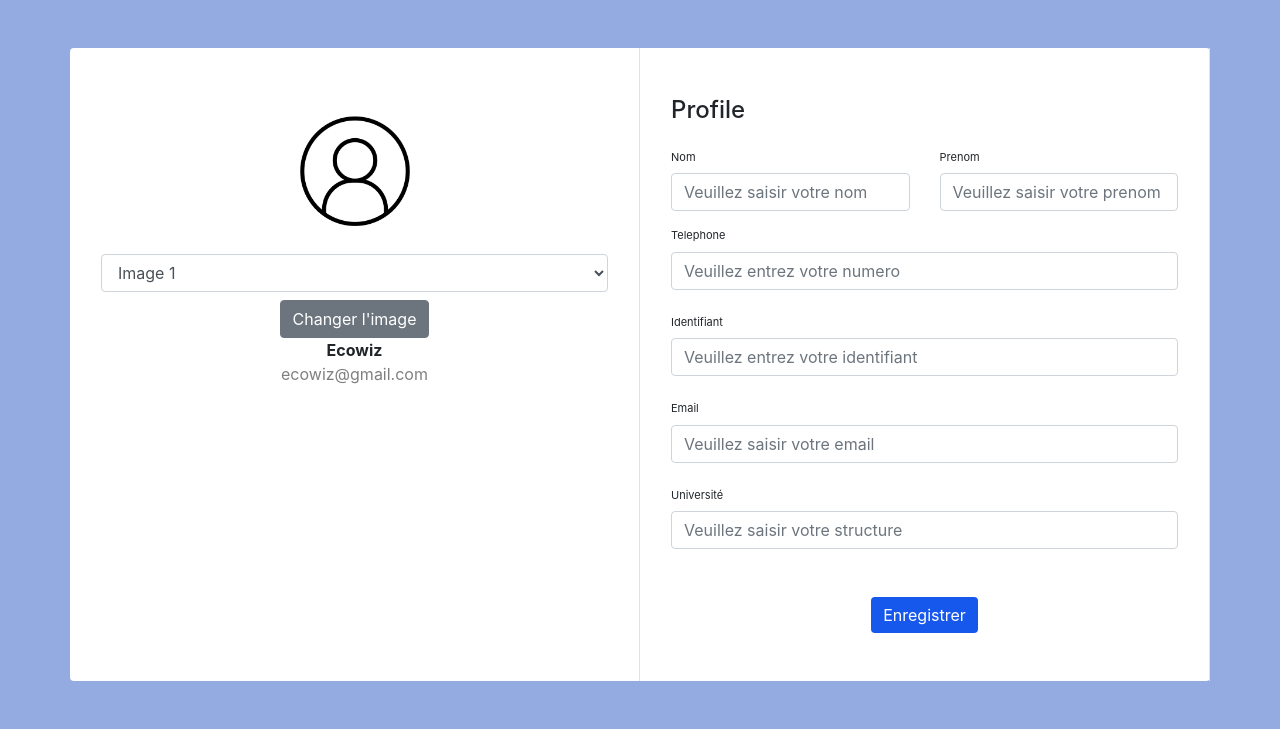
Repository: hamdia200/OSC-Ecowiz
Page: http://localhost/profil
These files come from the project's save history. The page is drawn as it stood at one moment and after a run of saves; the edit follows.
The browser window is 1280 px wide. The pictures show the whole page.
Some web libraries are served in a nearby version. The page is served by the project's Laravel application, run on PHP 8.4 with Laravel 10. Other server files are loaded and not shown.

Above is the page before, as saved 2023-08-31 14:33:46.

### app/Models/Consommation.php
<?php

namespace App\Models;

use Illuminate\Database\Eloquent\Model;

class Consommation extends Model
{
    protected $table = 'consommations'; // Nom de la table dans la base de données
    protected $fillable = ['value', 'equipment_id', 'date_time']; // Ajoutez 'date_time' ici si nécessaire

    public function equipement()
    {
        return $this->belongsTo(Equipement::class, 'equipment_id'); // Utilisez 'equipment_id' ici également
    }
}

### app/Observers/ConsommationObserver.php
<?php

namespace App\Observers;

use App\Models\Consommation;

class ConsommationObserver
{
    /**
     * Handle the Consommation "created" event.
     */
    public function created(Consommation $consommation): void
    {
        //
        // Mettez à jour la valeur de la consommation totale ici
        $totalPower = Consommation::selectRaw('equipment_id, AVG(value) / 1000 as average_power_kwh')
        ->groupBy('equipment_id')
        ->sum('average_power_kwh');


    // Mettez à jour la valeur de la consommation totale dans un endroit approprié, par exemple, dans une table de configuration
    config(['app.consumption_total' => $totalPower]);
    }

    /**
     * Handle the Consommation "updated" event.
     */
    public function updated(Consommation $consommation): void
    {
        //
    }

    /**
     * Handle the Consommation "deleted" event.
     */
    public function deleted(Consommation $consommation): void
    {
        //
    }

    /**
     * Handle the Consommation "restored" event.
     */
    public function restored(Consommation $consommation): void
    {
        //
    }

    /**
     * Handle the Consommation "force deleted" event.
     */
    public function forceDeleted(Consommation $consommation): void
    {
        //
    }
}

### routes/web.php
<?php

use Illuminate\Support\Facades\Route;
use App\Http\Controllers\AuthController;


/*
|--------------------------------------------------------------------------
| Web Routes
|--------------------------------------------------------------------------
|
| Here is where you can register web routes for your application. These
| routes are loaded by the RouteServiceProvider and all of them will
| be assigned to the "web" middleware group. Make something great!
|
*/

Route::get('/', function () {
    return view('welcome');
});

// Route::get('/centrale', function () {
//     return view('centrale');
// });
Route::get('/accueil', function () {
    return view('accueil');
});

Route::get('/login', function () {
    return view('login');
});
Route::get('/regulation', function () {
    return view('regulation');
});
Route::get('/Surveillance', function () {
    return view('Surveillance');
});

Route::get('/historique', function () {
    return view('historique');
});
Route::get('/profil', function () {
    return view('profil');
});

Route::get('/inscription', [AuthController::class, 'showRegistrationForm'])->name('inscription.form');
Route::post('/inscription', [AuthController::class, 'register'])->name('inscription.submit');

Route::get('/connexion', function () {
    return view('login');
});

Route::get('/login', [AuthController::class, 'showLoginForm']);
Route::post('/login', [AuthController::class, 'login']);
Route::get('/logout', [AuthController::class, 'logout']);



Route::get('/inscription', [AuthController::class, 'showRegistrationForm'])->name('inscription');
Route::post('/inscription', [AuthController::class, 'register']);

Route::get('/login', [AuthController::class, 'showLoginForm'])->name('login');

Route::post('/login', [AuthController::class, 'login']);

Route::get('/regulation', function () {
    return view('regulation');
})->name('regulation');


Route::get('/accueil', function () {
    return view('accueil');
})->name('accueil');

Route::get('/Surveillance', function () {
    return view('Surveillance');
})->name('Surveillance');

Route::get('/prediction', function () {
    return view('prediction');
})->name('prediction');

Route::get('/historique', function () {
    return view('historique');
})->name('historique');

### resources/views/profil.blade.php
<!DOCTYPE <html>
<html lang="fr">
    <head>
        <meta charset="UTF-8">
        <meta name="viewport" content="width=device-width, initial-scale=1.0">
        <link rel="stylesheet" href="https://stackpath.bootstrapcdn.com/bootstrap/4.5.2/css/bootstrap.min.css">
        <link rel="stylesheet" href="https://cdnjs.cloudflare.com/ajax/libs/font-awesome/5.15.3/css/all.min.css">
        <script src="https://cdnjs.cloudflare.com/ajax/libs/jquery/3.2.1/jquery.min.js"></script>
        <script src="https://stackpath.bootstrapcdn.com/bootstrap/4.5.0/js/bootstrap.min.js"></script>

        <title>profil</title>

        <style>
                body {
                    background: #93ABE1
                }

                .form-control:focus {
                    box-shadow: none;
                    border-color: #BA68C8
                }

                .profile-button {
                    background: #1758EC;
                    box-shadow: none;
                    border: none
                }

                .profile-button:hover {
                    background: #93ABE1
                }

                .profile-button:focus {
                    background: #682773;
                    box-shadow: none
                }

                .profile-button:active {
                    background: #682773;
                    box-shadow: none
                }

                .back:hover {
                    color: #682773;
                    cursor: pointer
                }

                .labels {
                    font-size: 11px
                }


        </style>
    </head>
    <body>
    <div class="container rounded bg-white mt-5 mb-5">
    <div class="row">
        <div class="col-md-6 border-right">
            <div class="d-flex flex-column align-items-center text-center p-3 py-5"><img id="profileImage" src="{{asset('/image/connexion.png')}}" width="150px">
                <select id="imageSelect" class="form-control mt-2">
                    <option value="user.png">Image 1</option>
                    <option value="users.png">Image 2</option>
                    <option value="conn.png">Image 3</option>
                </select>
                <button id="changeImageButton" class="btn btn-secondary mt-2">Changer l'image</button><span class="font-weight-bold">Ecowiz</span><span class="text-black-50">ecowiz@gmail.com</span><span> </span></div>
        </div>
        <div class="col-md-6 border-right">
            <div class="p-3 py-5">
                <div class="d-flex justify-content-between align-items-center mb-3">
                    <h4 class="text-right">Profile</h4>
                </div>
                <div class="row mt-2">
                    <div class="col-md-6"><label class="labels">Nom</label><input type="text" class="form-control" placeholder="Veuillez saisir votre nom" value=""></div>
                    <div class="col-md-6"><label class="labels">Prenom</label><input type="text" class="form-control" value="" placeholder="Veuillez saisir votre prenom"></div>
                </div>
                <div class="row mt-3">
                    <div class="col-md-12"><label class="labels">Telephone</label><input type="text" class="form-control" placeholder="Veuillez entrez votre numero" value=""></div>
                    &nbsp;
                    <div class="col-md-12"><label class="labels">Identifiant</label><input type="text" class="form-control" placeholder="Veuillez entrez votre identifiant" value=""></div>
                    &nbsp;
                    <div class="col-md-12"><label class="labels"> Email </label><input type="text" class="form-control" placeholder="Veuillez saisir votre email" value=""></div>
                    &nbsp;
                    <div class="col-md-12"><label class="labels">Université</label><input type="text" class="form-control" placeholder="Veuillez saisir votre structure" value=""></div>
                </div>
                <!-- <div class="row mt-3">
                    <div class="col-md-6"><label class="labels">Country</label><input type="text" class="form-control" placeholder="country" value=""></div>
                    <div class="col-md-6"><label class="labels">State/Region</label><input type="text" class="form-control" value="" placeholder="state"></div>
                </div> -->
                <div class="mt-5 text-center"><button class="btn btn-primary profile-button" type="button">Enregistrer</button></div>
            </div>
        </div>
        <!-- <div class="col-md-4">
            <div class="p-3 py-5">
                <div class="d-flex justify-content-between align-items-center experience"><span>Edit Experience</span><span class="border px-3 p-1 add-experience"><i class="fa fa-plus"></i>&nbsp;Experience</span></div><br>
                <div class="col-md-12"><label class="labels">Experience in Designing</label><input type="text" class="form-control" placeholder="experience" value=""></div> <br>
                <div class="col-md-12"><label class="labels">Additional Details</label><input type="text" class="form-control" placeholder="additional details" value=""></div>
            </div>
        </div> -->
    </div>
</div>
</div>
</div>


<script>
    document.addEventListener('DOMContentLoaded', function() {
    const changeImageButton = document.getElementById('changeImageButton');
    const profileImage = document.getElementById('profileImage');

    const imageUrls = [
        "{{asset('image/user.png')}}",
        "{{asset('image/users.png')}}",
        " {{asset('image/conn.png')}}"
        // Ajoutez autant d'URL d'images que vous le souhaitez
    ];

    let currentIndex = 0;

    changeImageButton.addEventListener('click', function() {
        currentIndex = (currentIndex + 1) % imageUrls.length;
        profileImage.src = imageUrls[currentIndex];
    });
});


</script>
    </body>
    </html>

After the next 4 saves:
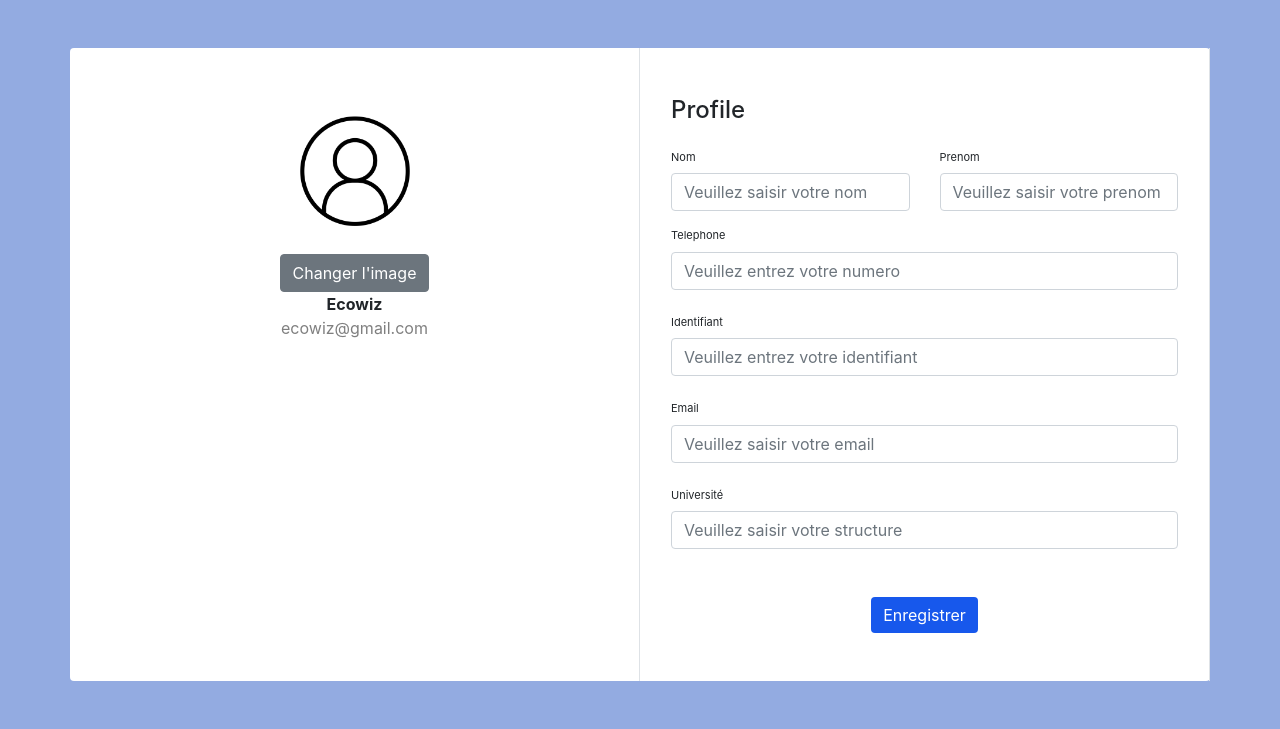
The 4 saves are shown as one change because they came seconds apart.
The last was saved 19 s later.
--- a/resources/views/profil.blade.php
+++ b/resources/views/profil.blade.php
@@ -56,13 +56,7 @@
     <div class="container rounded bg-white mt-5 mb-5">
     <div class="row">
         <div class="col-md-6 border-right">
-            <div class="d-flex flex-column align-items-center text-center p-3 py-5"><img id="profileImage" src="{{asset('/image/connexion.png')}}" width="150px">
-                <select id="imageSelect" class="form-control mt-2">
-                    <option value="user.png">Image 1</option>
-                    <option value="users.png">Image 2</option>
-                    <option value="conn.png">Image 3</option>
-                </select>
-                <button id="changeImageButton" class="btn btn-secondary mt-2">Changer l'image</button><span class="font-weight-bold">Ecowiz</span><span class="text-black-50">ecowiz@gmail.com</span><span> </span></div>
+            <div class="d-flex flex-column align-items-center text-center p-3 py-5"><img id="profileImage" src="{{asset('/image/connexion.png')}}" width="150px"> <button id="changeImageButton" class="btn btn-secondary mt-2">Changer l'image</button><span class="font-weight-bold">Ecowiz</span><span class="text-black-50">ecowiz@gmail.com</span><span> </span></div>
         </div>
         <div class="col-md-6 border-right">
             <div class="p-3 py-5">
